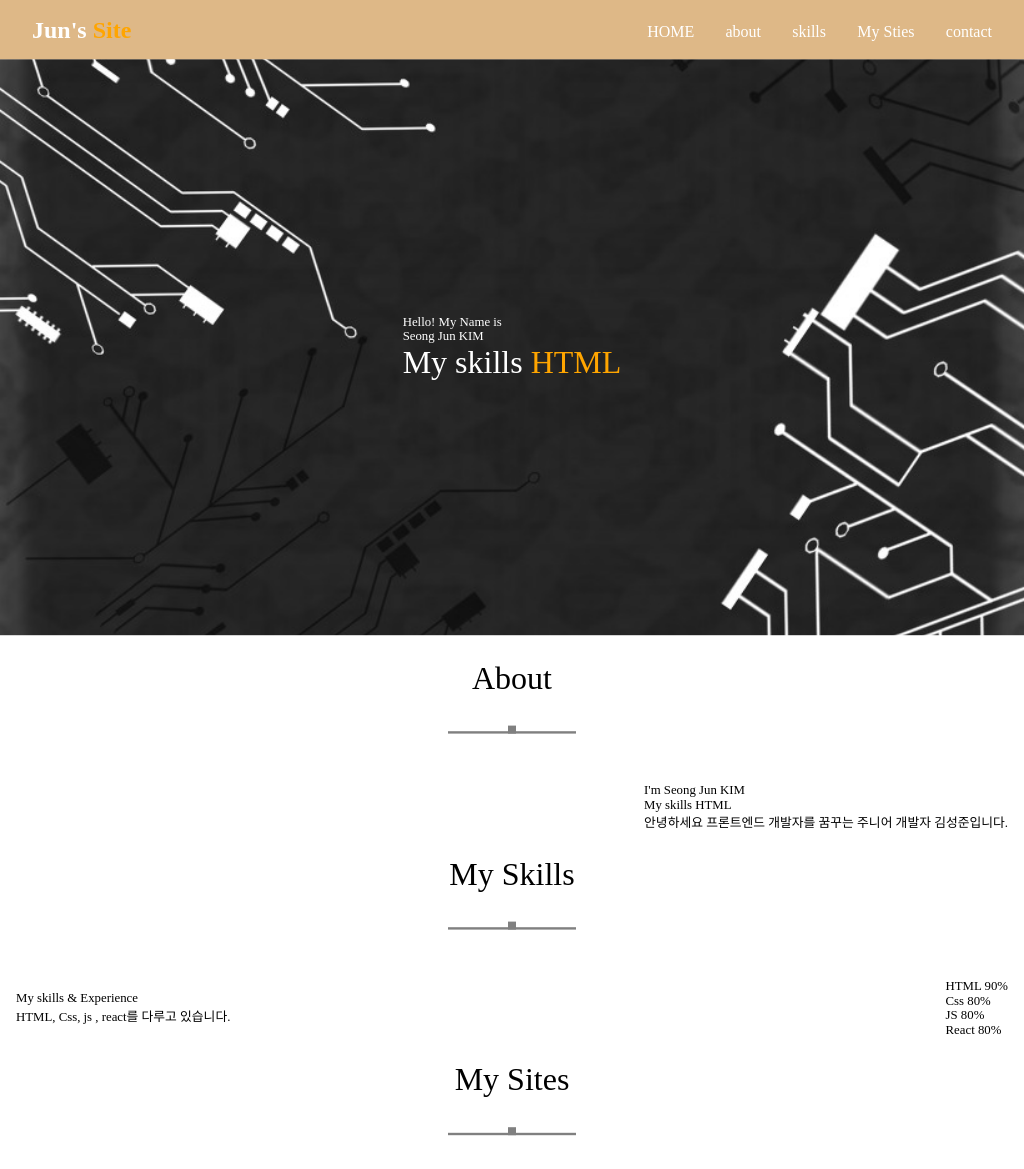
Repository: jun01270/jun
Page: index.html
These files come from the project's save history. The page is drawn as it stood at one moment and after the next save; the edit follows.
The browser window is 1280 px wide. The pictures show the part of the page from y = 0 to 1461 px (the page is 2474 px tall before and 2479 px after), at 80% of full size.
A picture or video elsewhere on the page could not be fetched, so the positions and the page height are approximate. Some web libraries are served in a nearby version.

Above is the page before, as saved 2023-05-10 12:41:34.

After the next save:
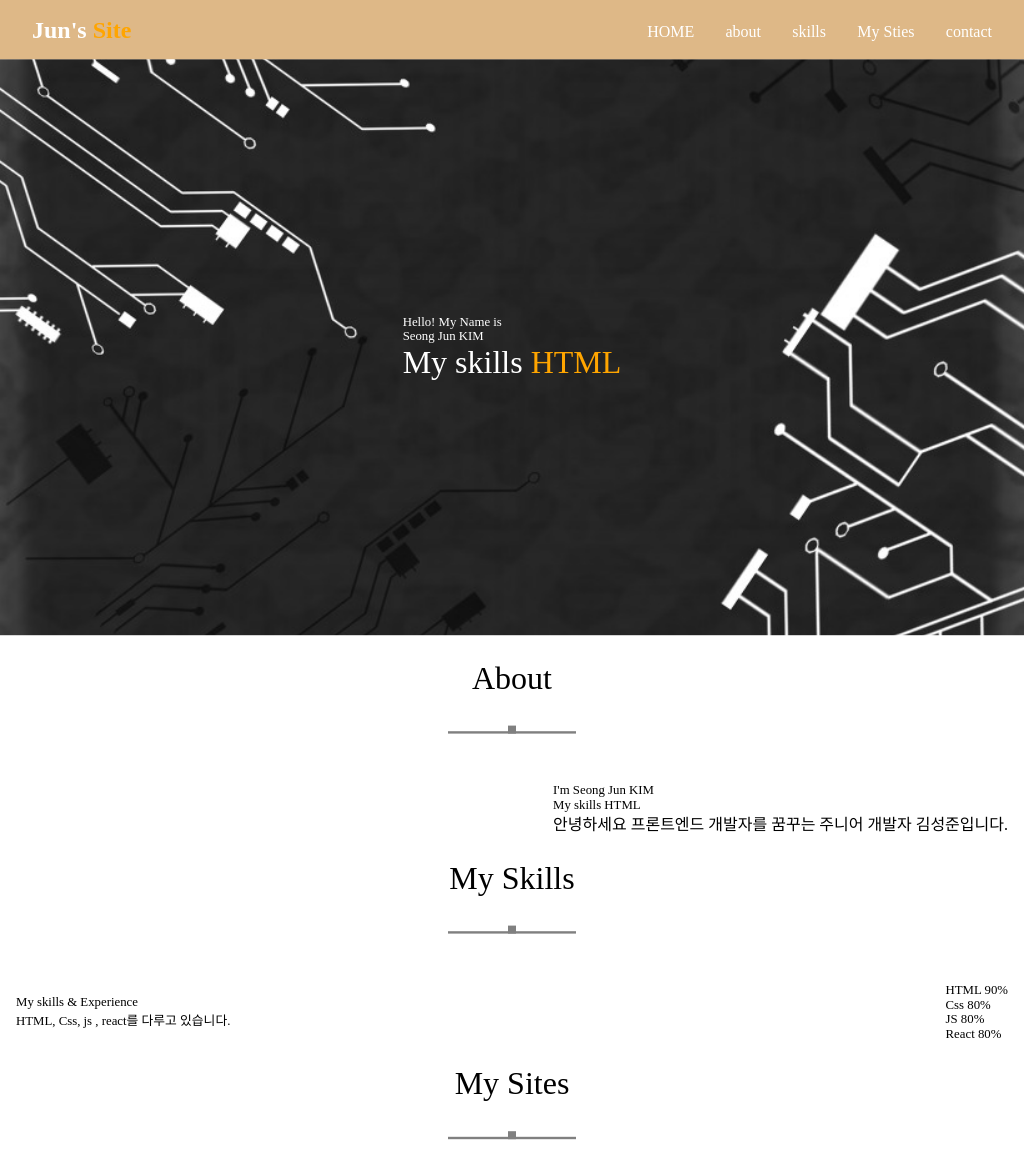
Saved 4 s later.
--- a/css/home.css
+++ b/css/home.css
@@ -33,7 +33,7 @@
   color: orange;
 }
 
-.about .about-content .right-col P {
+.about .about-content .right-column P {
   text-align: justify;
   font-size: 20px;
 }
